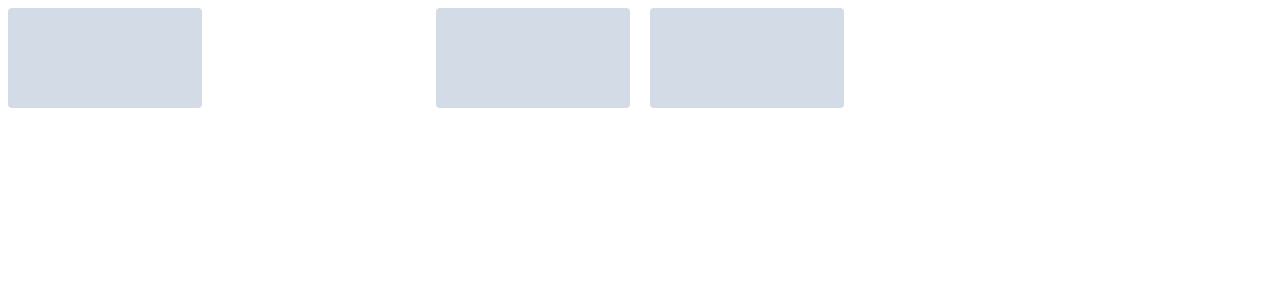
Repository: lagezhou888/element-vue2
Page: /#/button
An editor plug-in stored every save of this project. The page is shown before and after the next save, followed by the edit.
The browser window is 1280 px wide. The page is 1282 px wide, so the pictures cover 1282 px, including what lies to the right of the window. The pictures show the whole page.
The project was rebuilt for these pictures with package versions that can differ from the ones it lists, and the page was loaded fresh each time. Also part of the build but not shown: src/components/HelloWorld.vue, src/views/Home.vue.

Above is the page before, as saved 2021-05-13 11:13:36.

After the next save:
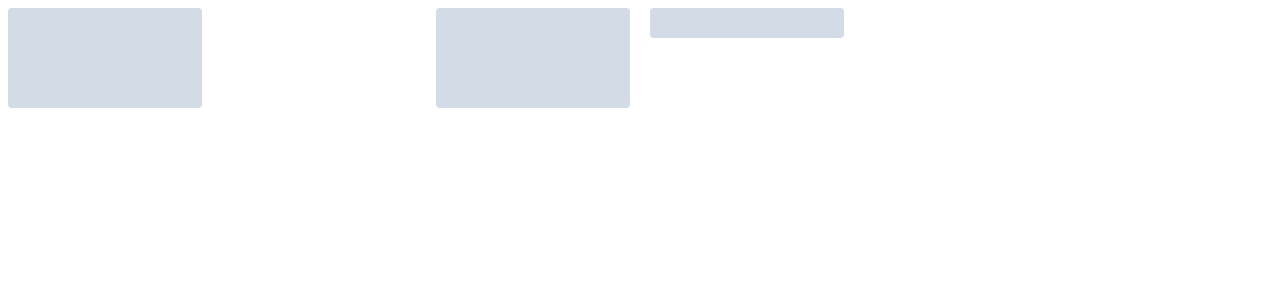
Saved 92 s later.
--- a/src/views/components/use-button.vue
+++ b/src/views/components/use-button.vue
@@ -4,7 +4,7 @@
       <el-col :span="4"><div class="grid-content bg-purple"></div></el-col>
       <el-col :span="4"><div class="kong">&nbsp;</div></el-col>
       <el-col :span="4"><div class="grid-content bg-purple"></div></el-col>
-      <el-col :span="4"><div class="grid-content bg-purple"></div></el-col>
+      <el-col :span="4"><div class="grid-content-last bg-purple"></div></el-col>
     </el-row>
   </div>
 </template>
@@ -24,6 +24,10 @@ export default ({
     border-radius: 4px;
     min-height: @minH;
   }
+  .grid-content-last {
+    border-radius: 4px;
+    min-height: 30px;
+  }
   .kong {
     min-height: 1px;
   }
